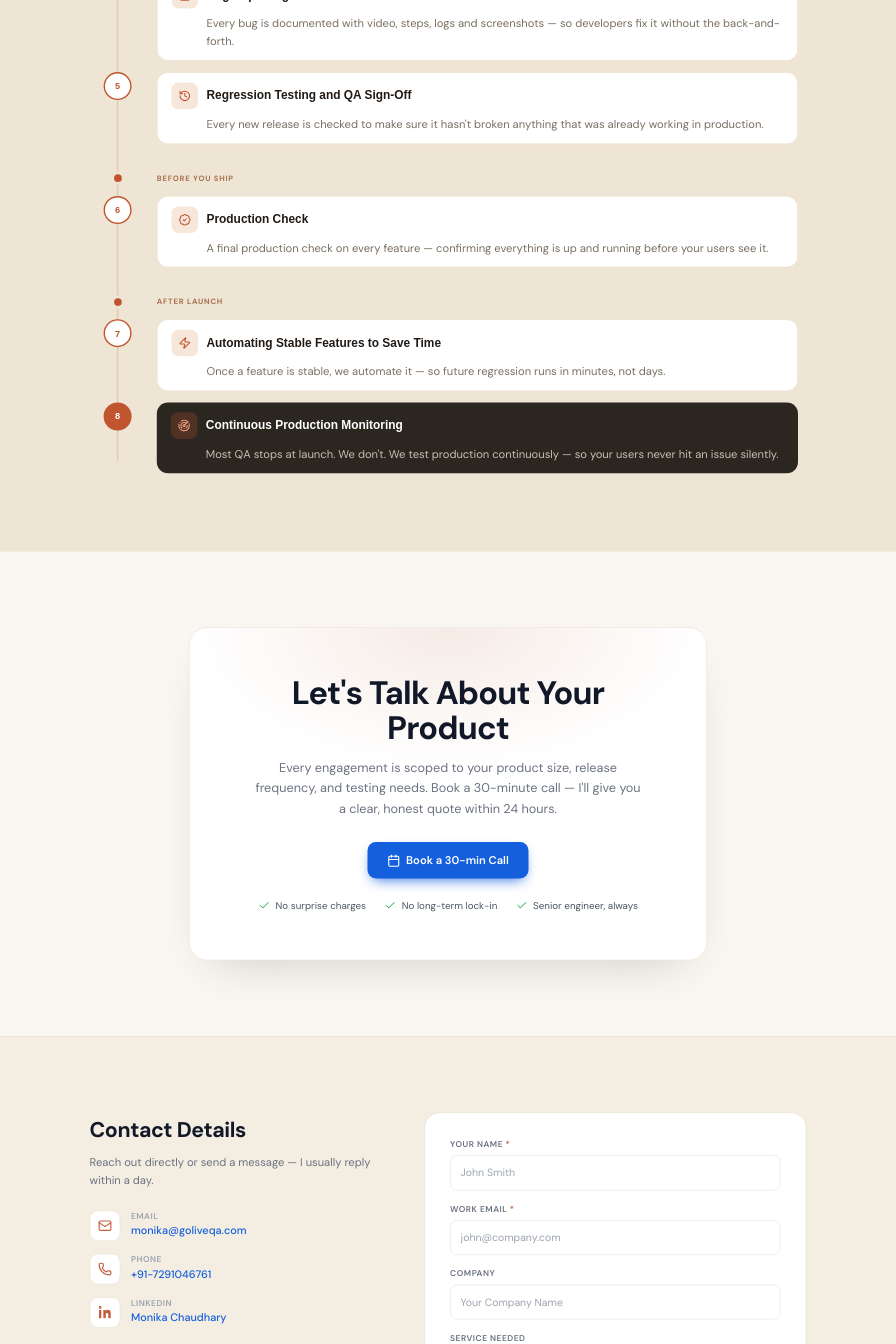
Repository: Monika281992/GoLiveQA
Page: /
An editor plug-in stored every save of this project. The page is shown before and after the next save, followed by the edit.
The browser window is 1280 px wide. The pictures show the part of the page from y = 1410 to 3330 px (the page is 3859 px tall before and 3801 px after), at 70% of full size.
The project was rebuilt for these pictures with package versions that can differ from the ones it lists, and the page was loaded fresh each time. The framework's server and built-in components were replaced by stand-ins that run in the browser. Also part of the build but not shown: next.config.mjs.

Above is the page before, as saved 2026-06-27 14:43:30.

### app/layout.tsx
import type { Metadata } from "next";
import { DM_Sans, Kaushan_Script } from "next/font/google";
import "./globals.css";

const dmSans = DM_Sans({
  subsets: ["latin"],
  weight: ["300", "400", "500", "600", "700"],
  variable: "--font-sans",
  display: "swap",
});

const kaushan = Kaushan_Script({
  subsets: ["latin"],
  weight: "400",
  variable: "--font-script",
  display: "swap",
});

export const metadata: Metadata = {
  title: "GoLiveQA",
  description:
    "Senior QA engineer with 9 years of hands-on experience testing Healthcare, SaaS, AI & Real Estate products at startups across India and US. Playwright, Cypress, Postman. Available remotely.",
};

export default function RootLayout({
  children,
}: {
  children: React.ReactNode;
}) {
  return (
    <html lang="en" className={`${dmSans.variable} ${kaushan.variable}`}>
      <body className="font-sans leading-relaxed">{children}</body>
    </html>
  );
}

### app/page.tsx
import { Navbar } from "@/components/navbar";
import { Hero } from "@/components/hero";
import { ProblemsWeSolve } from "@/components/ProblemsWeSolve";
import { Pricing } from "@/components/pricing";
import { Contact } from "@/components/contact";
import { Footer } from "@/components/footer";

export default function Home() {
  return (
    <div className="min-h-screen bg-surface">
      <Navbar />
      <main>
        <Hero />
        <ProblemsWeSolve />
        <Pricing />
        <Contact />
      </main>
      <Footer />
    </div>
  );
}

### app/globals.css
@tailwind base;
@tailwind components;
@tailwind utilities;

html {
  scroll-behavior: smooth;
}

body {
  background-color: #faf7f2;
  color: #4b5563;
  -webkit-font-smoothing: antialiased;
}

### components/hero.tsx
"use client";

import { useState } from "react";
import { useRouter } from "next/navigation";
import { ArrowRight } from "lucide-react";

export function Hero() {
  const router = useRouter();
  const [email, setEmail] = useState("");
  const [error, setError] = useState("");
  const [status, setStatus] = useState("idle");

  async function handleBook() {
    const trimmed = email.trim();
    if (!trimmed) {
      setError("Please enter your email address.");
      return;
    }
    const valid = /^[^\s@]+@[^\s@]+\.[^\s@]+$/.test(trimmed);
    if (!valid) {
      setError("Please enter a valid email address.");
      return;
    }
    setError("");
    setStatus("loading");
    try {
      await fetch("/api/book", {
        method: "POST",
        headers: { "Content-Type": "application/json" },
        body: JSON.stringify({ email: trimmed }),
      });
    } catch {
      // proceed to form regardless
    }
    router.push(`/book-a-call?email=${encodeURIComponent(trimmed)}`);
  }

  return (
    <section id="top" className="relative overflow-hidden">
      <div className="pointer-events-none absolute inset-0 bg-[radial-gradient(58%_46%_at_50%_-4%,#f6ebe5,transparent_72%)]" />
      <div className="relative mx-auto max-w-[840px] px-5 pb-12 pt-16 text-center sm:px-8 md:pb-16 md:pt-24 lg:px-12 lg:pt-[108px]">
        <h1 className="text-[clamp(2.5rem,7vw,4.1rem)] font-bold leading-[1.03] tracking-[-0.035em] text-ink">
          Your QA Partner
        </h1>
        <p className="mt-4 text-[clamp(1.1rem,2.5vw,1.45rem)] font-semibold text-accent">
          Startups ship faster and break less with GoLiveQA. Senior QA coverage across manual testing, automation, CI/CD, and real-time reporting.
        </p>
        <div className="mt-8 mx-auto max-w-[480px]">
          <div className={`flex items-center overflow-hidden rounded-full border bg-surface shadow-sm transition-colors ${error ? "border-red-400" : "border-hairline"}`}>
            <input
              type="email"
              value={email}
              onChange={(e) => { setEmail(e.target.value); if (error) setError(""); }}
              placeholder="Enter your business email"
              className="flex-1 bg-transparent px-6 py-3.5 text-[15px] text-body outline-none placeholder:text-muted"
            />
            <button
              type="button"
              onClick={handleBook}
              disabled={status === "loading"}
              className="m-1.5 flex items-center gap-2 rounded-full bg-accent px-6 py-3 text-[15px] font-semibold text-white disabled:opacity-70"
            >
              {status === "loading" ? "Loading…" : "Book a Call"}
              {status !== "loading" && <ArrowRight className="h-[16px] w-[16px]" />}
            </button>
          </div>
          {error && (
            <p className="mt-2 text-[13px] text-red-500">{error}</p>
          )}
        </div>
      </div>
    </section>
  );
}

### components/ProblemsWeSolve.jsx
"use client";

import {
  FileSearch2,
  UsersRound,
  Route,
  ClipboardCheck,
  History,
  BadgeCheck,
  Zap,
  Radar,
} from "lucide-react";

const ACCENT      = "#c0552f";
const RAIL_COLOR  = "#ddcdb4";
const BG_SECTION  = "#efe5d4";
const BG_CARD     = "#ffffff";
const TEXT_HEAD   = "#211a15";
const TEXT_BODY   = "#7a6f62";
const CHIP_BG     = "#f7e7db";
const PHASE_TEXT  = "#a8714f";
const EYEBROW_BG  = "#f7e3d6";

const DARK = {
  bg:   "#2c2620",
  title:"#ffffff",
  body: "#c9bfb2",
  icon: "#f0a07e",
  chip: "rgba(192,85,47,0.25)",
};

const phases = [
  {
    label: "Before a line of code",
    items: [
      {
        n: 1, Icon: FileSearch2,
        title: "Shift Left Process",
        desc:  "Our QA team involves at the requirements stage — understanding what problem we are solving for users, reviewing designs, and flagging gaps before a single line of code is written.",
        dark: false,
      },
      {
        n: 2, Icon: UsersRound,
        title: "Reviewing/Adding Acceptance Criteria Early",
        desc:  "We review acceptance criteria before development begins — flagging missing scenarios early to reduce back and forth between teams.",
        dark: false,
      },
    ],
  },
  {
    label: "While you build",
    items: [
      {
        n: 3, Icon: Route,
        title: "Manual Testing of Product",
        desc:  "Once code review is done, our QA team picks up and manually tests every possible scenario a user could encounter — ensuring it works exactly as intended.",
        dark: false,
      },
      {
        n: 4, Icon: ClipboardCheck,
        title: "Bug Reporting",
        desc:  "Every bug is documented with video, steps, logs and screenshots — so developers fix it without the back-and-forth.",
        dark: false,
      },
      {
        n: 5, Icon: History,
        title: "Regression Testing and QA Sign-Off",
        desc:  "Every new release is checked to make sure it hasn't broken anything that was already working in production.",
        dark: false,
      },
    ],
  },
  {
    label: "Before you ship",
    items: [
      {
        n: 6, Icon: BadgeCheck,
        title: "Production Check",
        desc:  "A final production check on every feature — confirming everything is up and running before your users see it.",
        dark: false,
      },
    ],
  },
  {
    label: "After launch",
    items: [
      {
        n: 7, Icon: Zap,
        title: "Automating Stable Features to Save Time",
        desc:  "Once a feature is stable, we automate it — so future regression runs in minutes, not days.",
        dark: false,
      },
      {
        n: 8, Icon: Radar,
        title: "Continuous Production Monitoring",
        desc:  "Most QA stops at launch. We don't. We test production continuously — so your users never hit an issue silently.",
        dark: true,
      },
    ],
  },
];

export function ProblemsWeSolve() {
  return (
    <section style={{ background: BG_SECTION, padding: "96px 32px" }}
      className="!py-16 !px-5 md:!py-24 md:!px-8">
<div style={{ maxWidth: 1000, margin: "0 auto" }}>

        {/* Header */}
        <div style={{ maxWidth: 600, margin: "0 auto 64px", textAlign: "center" }}>
          <span style={{
            display: "inline-block",
            background: EYEBROW_BG,
            color: ACCENT,
            fontSize: 12,
            fontWeight: 700,
            textTransform: "uppercase",
            letterSpacing: "0.12em",
            borderRadius: 999,
            padding: "5px 14px",
            marginBottom: 16,
          }}>
            Full-Lifecycle QA
          </span>
          <h2 style={{
            fontFamily: "'Poppins', sans-serif",
            fontWeight: 600,
            fontSize: "clamp(1.8rem, 4vw, 2.5rem)",
            color: TEXT_HEAD,
            margin: "0 0 16px",
            lineHeight: 1.15,
            letterSpacing: "-0.02em",
          }}>
            How We Work
          </h2>
          <p style={{ fontSize: 16, color: TEXT_BODY, lineHeight: 1.6, margin: 0 }}>
            From the first design review to live production monitoring — we own quality at every stage of your product&apos;s life.
          </p>
        </div>

        {/* Timeline */}
        <div style={{ position: "relative" }}>
          {/* Vertical rail */}
          <div style={{
            position: "absolute",
            left: 27,
            top: 18,
            bottom: 18,
            width: 2,
            background: RAIL_COLOR,
            zIndex: 0,
          }} />

          {phases.map((phase, phaseIdx) => (
            <div key={phase.label}>
              {/* Phase label row */}
              <div style={{
                display: "flex",
                alignItems: "center",
                gap: 28,
                marginTop: phaseIdx === 0 ? 0 : 40,
                marginBottom: 16,
              }}>
                <div style={{ width: 56, flexShrink: 0, display: "flex", justifyContent: "center", position: "relative", zIndex: 1 }}>
                  <div style={{
                    width: 11,
                    height: 11,
                    borderRadius: "50%",
                    background: ACCENT,
                    boxShadow: `0 0 0 4px ${BG_SECTION}`,
                  }} />
                </div>
                <span style={{
                  fontSize: 11,
                  fontWeight: 700,
                  textTransform: "uppercase",
                  letterSpacing: "0.1em",
                  color: PHASE_TEXT,
                }}>
                  {phase.label}
                </span>
              </div>

              {/* Items */}
              {phase.items.map((item) => {
                const isDark = item.dark;
                return (
                  <div key={item.n} style={{ display: "flex", gap: 28, alignItems: "flex-start", marginBottom: 16 }}>

                    {/* Numbered node */}
                    <div style={{ width: 56, flexShrink: 0, display: "flex", justifyContent: "center", position: "relative", zIndex: 1 }}>
                      <div style={{
                        width: 40,
                        height: 40,
                        borderRadius: "50%",
                        background: isDark ? ACCENT : BG_CARD,
                        border: `2px solid ${ACCENT}`,
                        display: "flex",
                        alignItems: "center",
                        justifyContent: "center",
                        fontFamily: "'Poppins', sans-serif",
                        fontWeight: 600,
                        fontSize: 13,
                        color: isDark ? "#fff" : ACCENT,
                      }}>
                        {item.n}
                      </div>
                    </div>

                    {/* Card */}
                    <div
                      className="transition-all duration-200 hover:-translate-y-1 hover:shadow-md"
                      style={{
                      flex: 1,
                      background: isDark ? DARK.bg : BG_CARD,
                      border: isDark ? "none" : "1px solid #ece1d0",
                      borderRadius: 16,
                      padding: "14px 20px",
                    }}>
                      {/* Icon + title */}
                      <div style={{ display: "flex", alignItems: "center", gap: 12 }}>
                        <div style={{
                          width: 38,
                          height: 38,
                          borderRadius: 10,
                          flexShrink: 0,
                          background: isDark ? DARK.chip : CHIP_BG,
                          display: "flex",
                          alignItems: "center",
                          justifyContent: "center",
                        }}>
                          <item.Icon size={18} color={isDark ? DARK.icon : ACCENT} />
                        </div>
                        <h3 style={{
                          fontFamily: "'Poppins', sans-serif",
                          fontWeight: 600,
                          fontSize: 17,
                          color: isDark ? DARK.title : TEXT_HEAD,
                          margin: 0,
                          lineHeight: 1.3,
                        }}>
                          {item.title}
                        </h3>
                      </div>

                      {/* Description */}
                      <p style={{
                        fontSize: 16,
                        lineHeight: 1.55,
                        color: isDark ? DARK.body : TEXT_BODY,
                        margin: "10px 0 0",
                        paddingLeft: 50,
                      }}>
                        {item.desc}
                      </p>
                    </div>

                  </div>
                );
              })}
            </div>
          ))}
        </div>

      </div>
    </section>
  );
}

### components/pricing.tsx
import { Calendar, Check } from "lucide-react";
import { Button } from "@/components/ui/button";

const guarantees = [
  "No surprise charges",
  "No long-term lock-in",
  "Senior engineer, always",
];

export function Pricing() {
  return (
    <section id="pricing" className="py-16 md:py-24 lg:py-[108px]">
      <div className="mx-auto max-w-container px-5 sm:px-8 lg:px-12">
        <div className="relative mx-auto max-w-[740px] overflow-hidden rounded-[26px] border border-hairline bg-white px-6 py-10 text-center shadow-cta sm:px-14 md:py-[68px]">
          <div className="pointer-events-none absolute inset-0 bg-[radial-gradient(70%_60%_at_50%_0%,#f6ebe5,transparent_70%)]" />
          <div className="relative">
            <h2 className="text-[clamp(2rem,4.6vw,2.9rem)] font-bold leading-[1.08] tracking-[-0.025em] text-ink">
              Let&apos;s Talk About Your Product
            </h2>
            <p className="mx-auto mt-[18px] max-w-[560px] text-[clamp(1rem,1.7vw,1.13rem)] leading-relaxed text-muted">
              Every engagement is scoped to your product size, release frequency, and
              testing needs. Book a 30-minute call — I&apos;ll give you a clear, honest
              quote within 24 hours.
            </p>
            <div className="mt-8">
              <Button asChild size="lg">
                <a href="#contact">
                  <Calendar className="h-[19px] w-[19px]" />
                  Book a 30-min Call
                </a>
              </Button>
            </div>
            <div className="mt-7 flex flex-wrap justify-center gap-x-[26px] gap-y-3 text-sm text-body">
              {guarantees.map((g) => (
                <span key={g} className="inline-flex items-center gap-2">
                  <Check className="h-[17px] w-[17px] text-green-600" />
                  {g}
                </span>
              ))}
            </div>
          </div>
        </div>
      </div>
    </section>
  );
}

### components/footer.tsx
const links = [
  { label: "About", href: "#about" },
  { label: "How Can I Help", href: "#services" },
  { label: "Process", href: "#process" },
  { label: "Contact", href: "#contact" },
];

export function Footer() {
  return (
    <footer className="border-t border-hairline bg-white py-8">
      <div className="mx-auto flex max-w-container flex-wrap items-center justify-between gap-x-7 gap-y-4 px-5 sm:px-8 lg:px-12">
        <a href="#top" className="text-lg font-bold tracking-tight text-brand">
          GoLiveQA
        </a>
        <div className="flex flex-wrap gap-6">
          {links.map((l) => (
            <a
              key={l.href}
              href={l.href}
              className="text-sm text-muted transition-colors hover:text-ink"
            >
              {l.label}
            </a>
          ))}
        </div>
        <p className="text-[13.5px] text-faint">
          © 2026 GoLiveQA. All rights reserved. A boutique QA consultancy.
        </p>
      </div>
    </footer>
  );
}

### components/ui/button.tsx
import * as React from "react";
import { Slot } from "@radix-ui/react-slot";
import { cva, type VariantProps } from "class-variance-authority";
import { cn } from "@/lib/utils";

const buttonVariants = cva(
  "inline-flex items-center justify-center gap-2 whitespace-nowrap rounded-xl font-semibold transition-all focus-visible:outline-none focus-visible:ring-2 focus-visible:ring-brand/40 focus-visible:ring-offset-2 disabled:pointer-events-none disabled:opacity-50",
  {
    variants: {
      variant: {
        default:
          "bg-brand text-white shadow-brand hover:bg-brand-dark hover:-translate-y-0.5",
        outline:
          "border-[1.5px] border-brand text-brand hover:bg-brand hover:text-white",
        ghost: "text-brand hover:bg-brand/5",
      },
      size: {
        default: "h-11 px-6 text-[15px]",
        lg: "h-[52px] px-7 text-base",
        sm: "h-9 px-[18px] text-sm",
      },
    },
    defaultVariants: {
      variant: "default",
      size: "default",
    },
  }
);

export interface ButtonProps
  extends React.ButtonHTMLAttributes<HTMLButtonElement>,
    VariantProps<typeof buttonVariants> {
  asChild?: boolean;
}

const Button = React.forwardRef<HTMLButtonElement, ButtonProps>(
  ({ className, variant, size, asChild = false, ...props }, ref) => {
    const Comp = asChild ? Slot : "button";
    return (
      <Comp
        className={cn(buttonVariants({ variant, size, className }))}
        ref={ref}
        {...props}
      />
    );
  }
);
Button.displayName = "Button";

export { Button, buttonVariants };

### components/icons.tsx
// Inline brand glyphs not reliably present in current lucide-react builds.
export function LinkedInIcon({ className }: { className?: string }) {
  return (
    <svg viewBox="0 0 24 24" fill="currentColor" className={className} aria-hidden="true">
      <path d="M4.98 3.5C4.98 4.88 3.87 6 2.5 6S0 4.88 0 3.5 1.12 1 2.5 1 4.98 2.12 4.98 3.5zM.25 8h4.5v15H.25V8zm7.5 0h4.31v2.05h.06c.6-1.07 2.07-2.2 4.26-2.2 4.56 0 5.4 2.85 5.4 6.56V23h-4.5v-6.2c0-1.48-.03-3.38-2.06-3.38-2.07 0-2.39 1.6-2.39 3.27V23h-4.5V8z" />
    </svg>
  );
}

### tailwind.config.ts
import type { Config } from "tailwindcss";

const config: Config = {
  content: [
    "./app/**/*.{ts,tsx}",
    "./components/**/*.{ts,tsx}",
  ],
  theme: {
    extend: {
      colors: {
        // Brand action color (blue) — CTAs, links
        brand: { DEFAULT: "#145fdd", dark: "#0d46b8" },
        // Warm personal accent (terracotta) — eyebrows, badges, signature
        accent: { DEFAULT: "#c2613f", soft: "#f6ebe5" },
        // Warm surfaces
        surface: { DEFAULT: "#faf7f2", soft: "#f4ede2" },
        hairline: "#ece4d7",
        // Text
        ink: "#111827",
        body: "#4b5563",
        muted: "#6b7280",
        faint: "#9ca3af",
      },
      fontFamily: {
        sans: ["var(--font-sans)", "system-ui", "sans-serif"],
        script: ["var(--font-script)", "cursive"],
      },
      maxWidth: {
        container: "1120px",
      },
      boxShadow: {
        card: "0 1px 3px rgba(0,0,0,0.03)",
        lift: "0 20px 40px -18px rgba(0,0,0,0.16)",
        brand: "0 8px 20px -8px rgba(20,95,221,0.5)",
        photo: "0 18px 44px -22px rgba(0,0,0,0.28)",
        cta: "0 28px 70px -34px rgba(0,0,0,0.22)",
      },
    },
  },
  plugins: [],
};

export default config;

Loaded but not shown: lib/utils.ts (common file); components/navbar.tsx (185 lines, source omitted); components/contact.tsx (242 lines, source omitted)

After the next save:
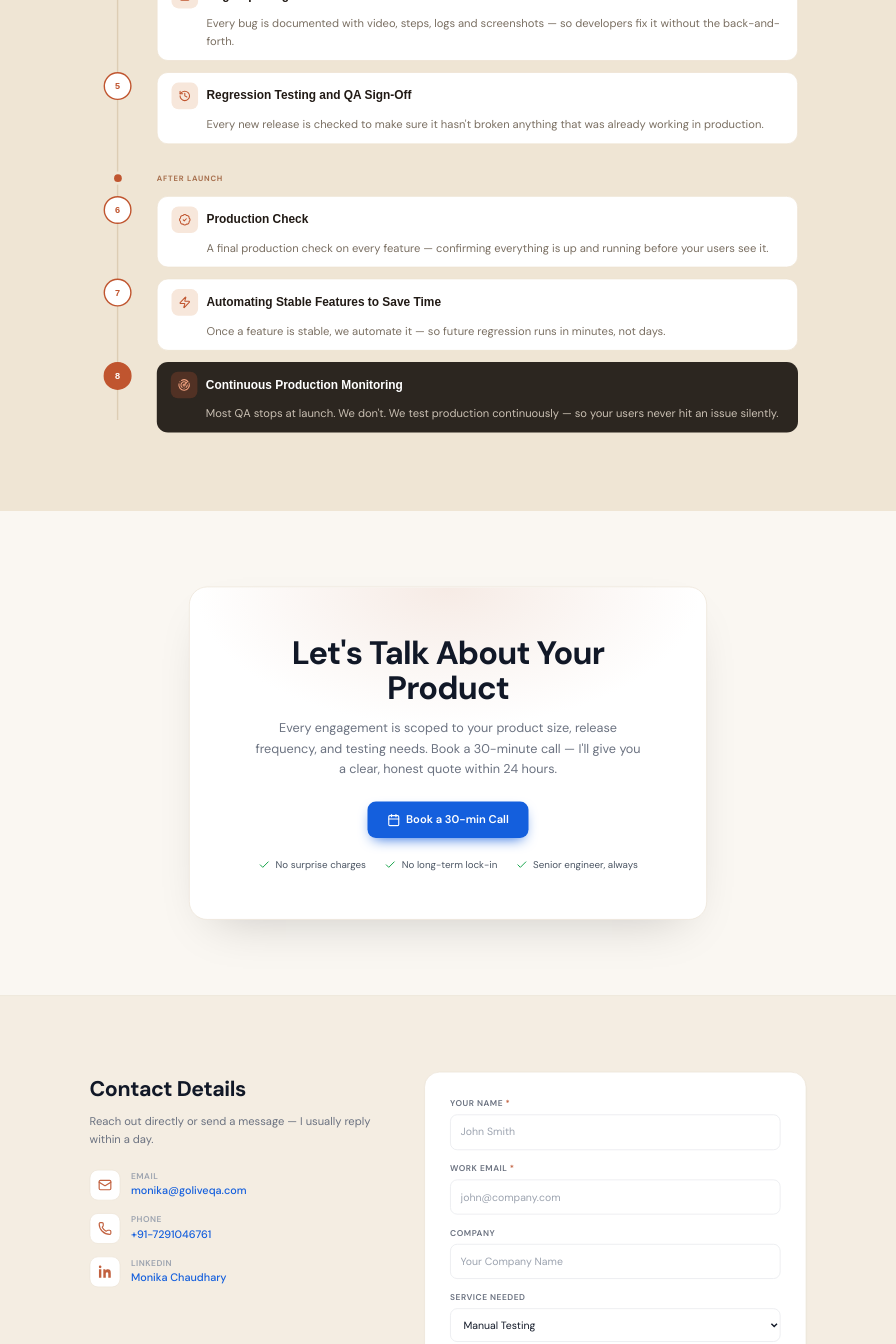
Saved 40 s later.
--- a/components/ProblemsWeSolve.jsx
+++ b/components/ProblemsWeSolve.jsx
@@ -71,7 +71,7 @@ const phases = [
     ],
   },
   {
-    label: "Before you ship",
+    label: "After launch",
     items: [
       {
         n: 6, Icon: BadgeCheck,
@@ -79,11 +79,6 @@ const phases = [
         desc:  "A final production check on every feature — confirming everything is up and running before your users see it.",
         dark: false,
       },
-    ],
-  },
-  {
-    label: "After launch",
-    items: [
       {
         n: 7, Icon: Zap,
         title: "Automating Stable Features to Save Time",
